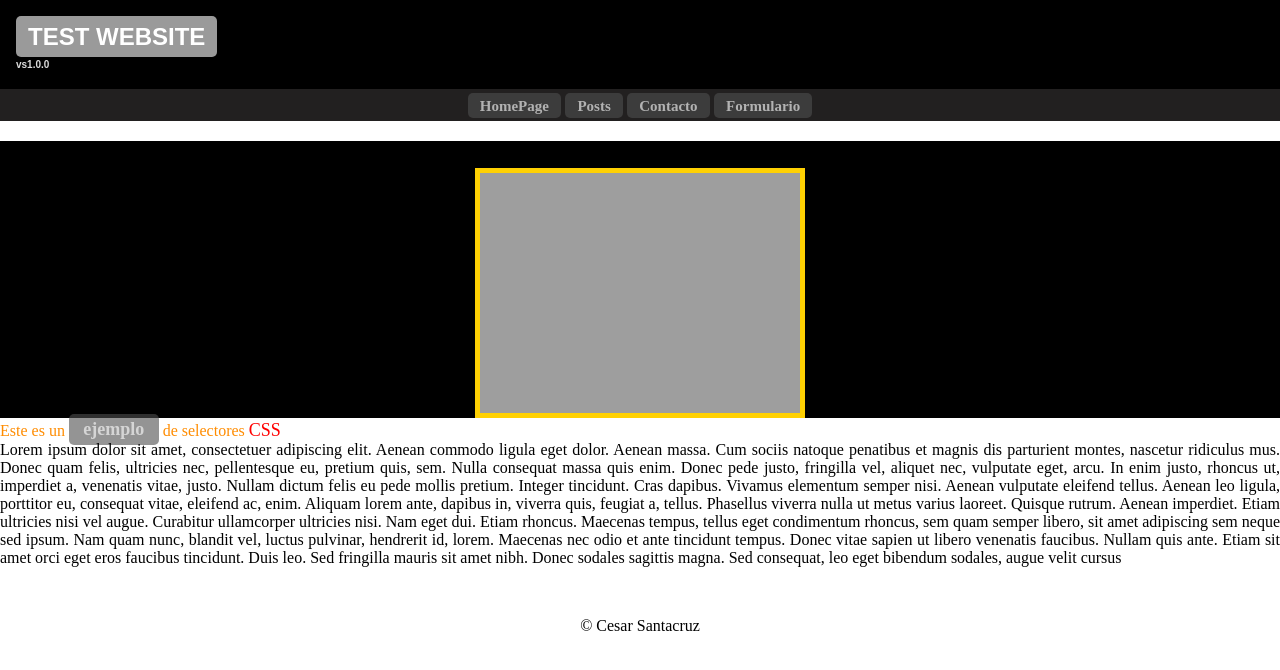
Repository: cesarsant0203/My_Study
Page: Introducción al desarrollo web/My Page 1/1.index.html
An editor plug-in stored every save of this project. The page is shown before and after the next save, followed by the edit.
The browser window is 1280 px wide. The pictures show the whole page.
Pictures or frames that could not be fetched are drawn as grey boxes.

Above is the page before, as saved 2020-04-29 18:44:18.

### Introducción al desarrollo web/My Page 1/1.index.html
<!DOCTYPE html>
<html lang="es">

<head>
    <meta charset="utf-8" />
    <title> HomePage </title>
    <link href="1.index.css" rel="stylesheet" />
</head>

<body>
    <header><h1>
            <a id="header" href="1.index.html">TEST WEBSITE</a>
            </h1>
        <h4>vs1.0.0</h4>
    </header>
        <section id="navBar" class="box">
            <nav>
                <a href="1.index.html">HomePage</a>
                <a href="2.posts.html">Posts</a>
                <a href="3.contacto.html">Contacto</a>
                <a href="4.formulario.html">Formulario</a>
            </nav>
        </section>
    <br />
    <article id="ar1" class="blackCard">
        <h2>Hola mundo</h2>
        <img src="https://estrenaweb.com/wp-content/uploads/2018/11/bestial.gif" title="gif" class="gif" />
    </article>
    <span id="mySpan">Este es un <a href="#" class="bold">ejemplo</a> de selectores</span>
    <span class="bold red">CSS</span>
    <p id="p1">Lorem ipsum dolor sit amet, consectetuer adipiscing elit. Aenean commodo ligula
        eget dolor. Aenean massa. Cum sociis natoque penatibus et magnis dis parturient montes, nascetur ridiculus mus.
        Donec quam felis, ultricies nec, pellentesque eu, pretium quis, sem. Nulla consequat massa quis enim. Donec pede
        justo, fringilla vel, aliquet nec, vulputate eget, arcu. In enim justo, rhoncus ut, imperdiet a, venenatis
        vitae,
        justo. Nullam dictum felis eu pede mollis pretium. Integer tincidunt. Cras dapibus. Vivamus elementum semper
        nisi.
        Aenean vulputate eleifend tellus. Aenean leo ligula, porttitor eu, consequat vitae, eleifend ac, enim. Aliquam
        lorem
        ante, dapibus in, viverra quis, feugiat a, tellus. Phasellus viverra nulla ut metus varius laoreet. Quisque
        rutrum.
        Aenean imperdiet. Etiam ultricies nisi vel augue. Curabitur ullamcorper ultricies nisi. Nam eget dui. Etiam
        rhoncus.
        Maecenas tempus, tellus eget condimentum rhoncus, sem quam semper libero, sit amet adipiscing sem neque sed
        ipsum.
        Nam quam nunc, blandit vel, luctus pulvinar, hendrerit id, lorem. Maecenas nec odio et ante tincidunt tempus.
        Donec
        vitae sapien ut libero venenatis faucibus. Nullam quis ante. Etiam sit amet orci eget eros faucibus tincidunt.
        Duis
        leo. Sed fringilla mauris sit amet nibh. Donec sodales sagittis magna. Sed consequat, leo eget bibendum sodales,
        augue velit cursus
    </p>

    <footer>
        &copy Cesar Santacruz
    </footer>
</body>


</html>

### Introducción al desarrollo web/My Page 1/1.index.css
* {
    margin: 0;
}
header {
    background: black;
    padding: 1em;
    box-sizing: border-box;
    margin: 0em;
}
a#header, h4 {
    background-color: inherit;
    box-sizing: border-box;
    margin-bottom: 1px;
}
a#header {
    font-family: Arial, Helvetica, sans-serif;
    line-height: 1.4;
    color: white;
    font-size: 24px;
    font-weight: bold;
    text-decoration: none;
    padding: 0.3em 0.5em;
    border-radius: 5px;
    background-color: rgba(255, 255, 255, 0.602);
    transition: background-color 1s linear;
    transition: color 1s linear
}
a#header:hover, input:hover, button:hover, a#header:focus, input:focus, button:focus {
    background-color: #fff;
    color: black;
}
a#header:focus, input:focus, button:focus {
    box-shadow: 0 0 0 3px rgba(0,0,0,0.25);
    outline: 0;
}
h4 {
    color: gainsboro;
    font-size: x-small;
    font-family: Arial, Helvetica, sans-serif;
    line-height: 1.4;
    margin-top: 4px;
}
a{
    box-sizing: border-box;
    margin-top: auto;
    font-size: 15px;
    font-weight: bold;
    color: rgba(255, 255, 255, 0.609);
    text-decoration: none;
    padding: 0.3em 0.8em;
    border-radius: 5px;
    background-color: rgba(78, 78, 78, 0.602);
    transition: color 1s linear;
}
a:hover, input:hover, button:hover, a:focus, input:focus, button:focus {
    color: #fff;
}
a:focus, input:focus, button:focus {
    box-shadow: 0 0 0 3px rgba(0,0,0,0.25);
    outline: 0;
}
a:link {
    text-decoration: none;
}

a:visited {
    text-decoration: none;
}
section#navBar{
    font-size: large;
    text-align: center;
    background-color: rgb(34, 32, 32);
    padding: 0.33em;
}









/*.clase*/
.blackCard {
    background-color: black;
    text-align: center;
    box-sizing: border-box;
    margin-top: 0.1em;
    margin-bottom: 0.1em;
}

.bold {
    font-size: large;
}

.red {
    color: red;
}

span#mySpan {
    color: darkorange;
}

/*-----------------------*/
div span {
    font-size: xx-large;
}

/*-----------------------*/

/* selector universal (*)*/


/*-----------------------*/

/*dos puntos:*/
a:link {
    text-decoration: none;
}

a:visited {
    text-decoration: none;
}

/*-----------------------*/

span#mundo {
    font-style: italic;
}
footer {
    position: relative;
    margin-top: 50px;
    text-align: center;
    height: 30px;
}
p#p1 {
    text-align: justify;
}
img.gif {
    width: 320px;
    height: 240px;
    border: rgb(255, 209, 3) 5px solid;
    border-collapse: collapse;
    display: block;
    margin: auto;
}

After the next save:
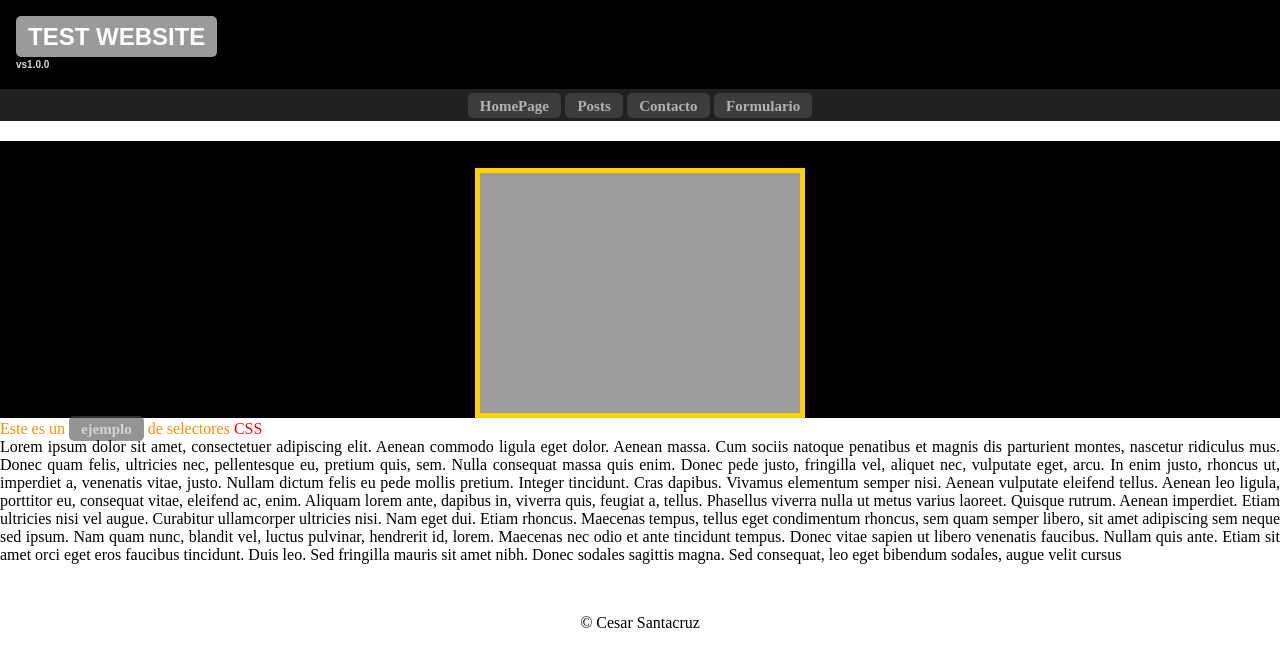
Saved 13 s later.
--- a/Introducción al desarrollo web/My Page 1/1.index.css
+++ b/Introducción al desarrollo web/My Page 1/1.index.css
@@ -89,7 +89,7 @@
     margin-top: 0.1em;
     margin-bottom: 0.1em;
 }
-
+<h2
 .bold {
     font-size: large;
 }

After the 2 saves that followed:
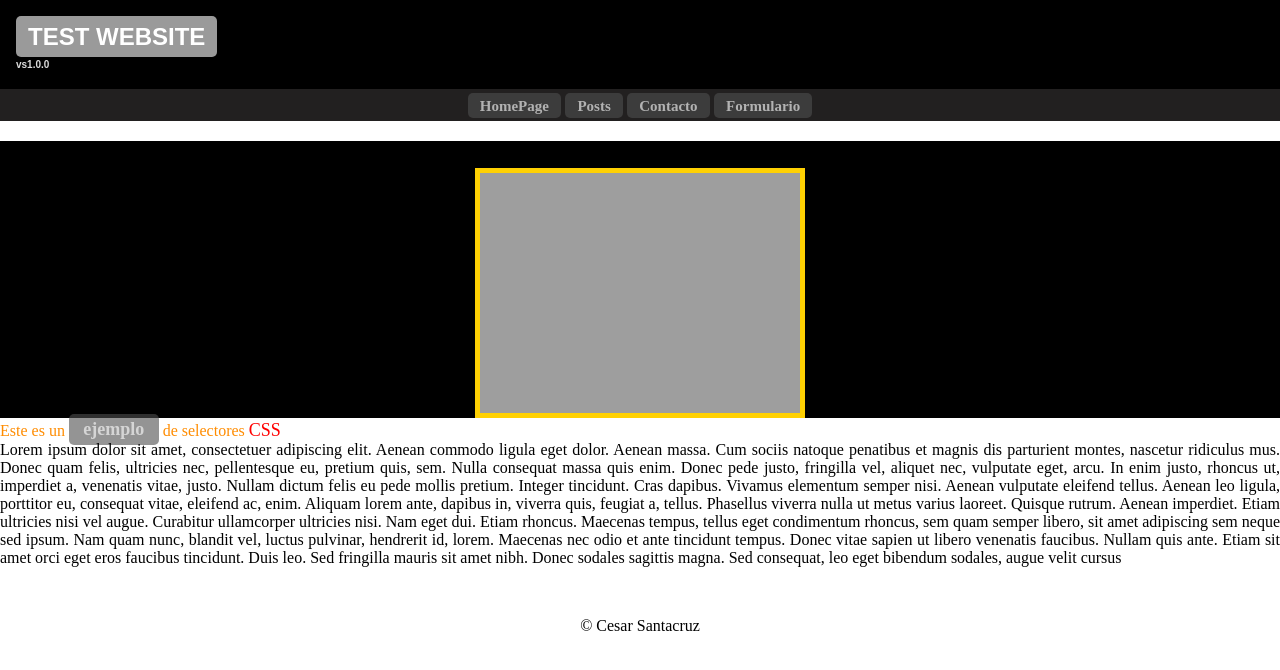
The 2 saves are shown as one change because 1 left the picture as it was.
The last was saved 9 s later.
--- a/Introducción al desarrollo web/My Page 1/1.index.css
+++ b/Introducción al desarrollo web/My Page 1/1.index.css
@@ -89,7 +89,7 @@
     margin-top: 0.1em;
     margin-bottom: 0.1em;
 }
-<h2
+
 .bold {
     font-size: large;
 }
